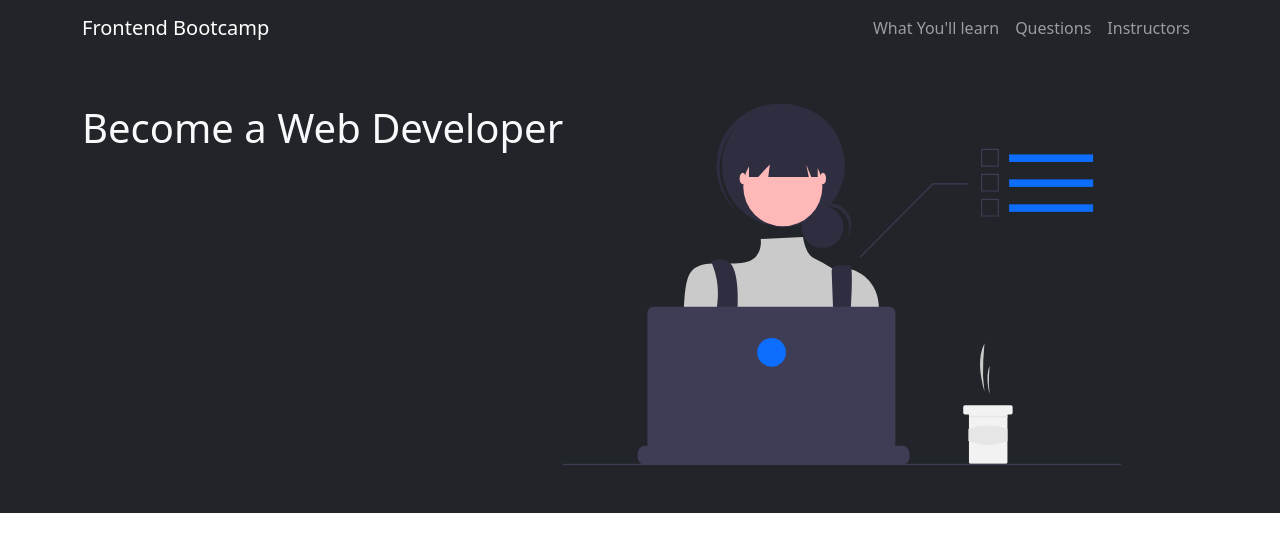
Repository: Marhamat92/Bootstrap5-Responsive-Website-
Page: index.html
An editor plug-in stored every save of this project. The page is shown before and after the next save, followed by the edit.
The browser window is 1280 px wide. The pictures show the whole page.

Above is the page before, as saved 2021-09-18 16:11:26.

### index.html
<!DOCTYPE html>
<html lang="en">

<head>
    <meta charset="UTF-8">
    <meta http-equiv="X-UA-Compatible" content="IE=edge">
    <meta name="viewport" content="width=device-width, initial-scale=1.0">
    <link href="https://cdn.jsdelivr.net/npm/bootstrap@5.0.2/dist/css/bootstrap.min.css" rel="stylesheet"
        integrity="sha384-EVSTQN3/azprG1Anm3QDgpJLIm9Nao0Yz1ztcQTwFspd3yD65VohhpuuCOmLASjC" crossorigin="anonymous">
    <link rel="stylesheet" href="style.css">
    <title>Frontend Bootcamp</title>

</head>

<body>
    <!--Navbar-->
    <nav class="navbar navbar-expand-lg bg-dark navbar-dark">
        <div class="container">
            <a href="#" class="navbar-brand">Frontend Bootcamp</a>
            <button class="navbar-toggler" type="button" data-bs-toggle="collapse" data-bs-target="#navmenu">
                <span class="navbar-toggler-icon"></span>
            </button>
            <div class="collapse navbar-collapse" id="navmenu">
                <ul class="navbar-nav ms-auto">
                    <li class="nav-item">
                        <a href="#learn" class="nav-link">What You'll learn</a>
                    </li>
                    <li class="nav-item">
                        <a href="#questions" class="nav-link">Questions</a>
                    </li>
                    <li class="nav-item">
                        <a href="#instructors" class="nav-link">Instructors</a>
                    </li>
                </ul>
            </div>
        </div>
    </nav>

<!--Showcase-->

<section class="bg-dark text-light p-5 text-center">
    <div class="container">
      <div class="d-sm-flex">
          <div>
              <h1>Become a <span class="color-warning">Web Developer</span> </h1>
          </div>
          <img class="img-fluid w-50" src="img/showcase.svg" alt="showcase">
      </div>
    </div>
</section>
























    <script src="https://cdn.jsdelivr.net/npm/bootstrap@5.0.2/dist/js/bootstrap.bundle.min.js"
        integrity="sha384-MrcW6ZMFYlzcLA8Nl+NtUVF0sA7MsXsP1UyJoMp4YLEuNSfAP+JcXn/tWtIaxVXM" crossorigin="anonymous">
    </script>
</body>

</html>

Loaded but not shown: style.css (no copy from this time; the picture is the same without it)

After the next save:
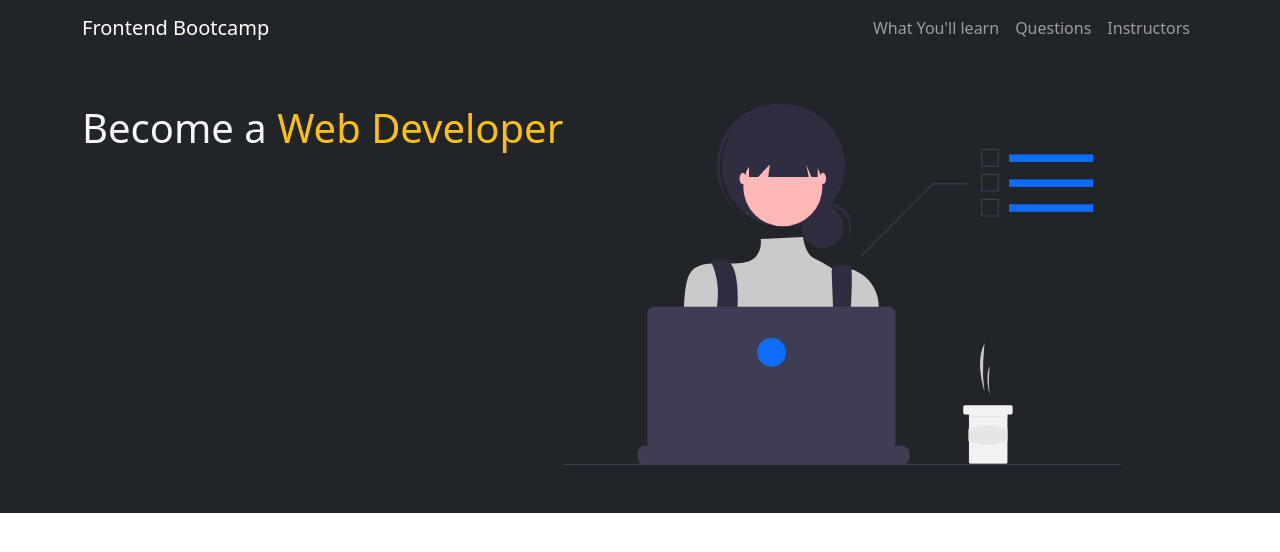
Saved 13 s later.
--- a/index.html
+++ b/index.html
@@ -42,7 +42,7 @@
     <div class="container">
       <div class="d-sm-flex">
           <div>
-              <h1>Become a <span class="color-warning">Web Developer</span> </h1>
+              <h1>Become a <span class="text-warning">Web Developer</span> </h1>
           </div>
           <img class="img-fluid w-50" src="img/showcase.svg" alt="showcase">
       </div>
